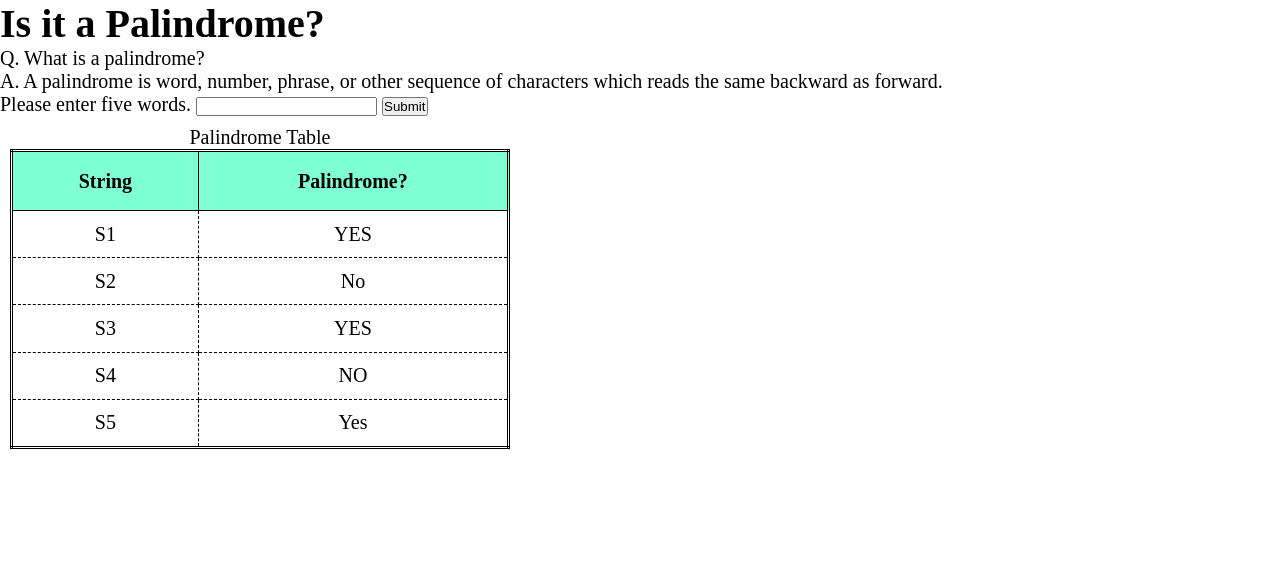
Repository: mlmEFSC21/P18-Palindrome-Table
Page: palindrome.html
These files come from the project's save history. The page is drawn as it stood at one moment and after the next save; the edit follows.
The browser window is 1280 px wide. The pictures show the whole page.

Above is the page before, as saved 2022-04-03 17:43:15.

After the next save:
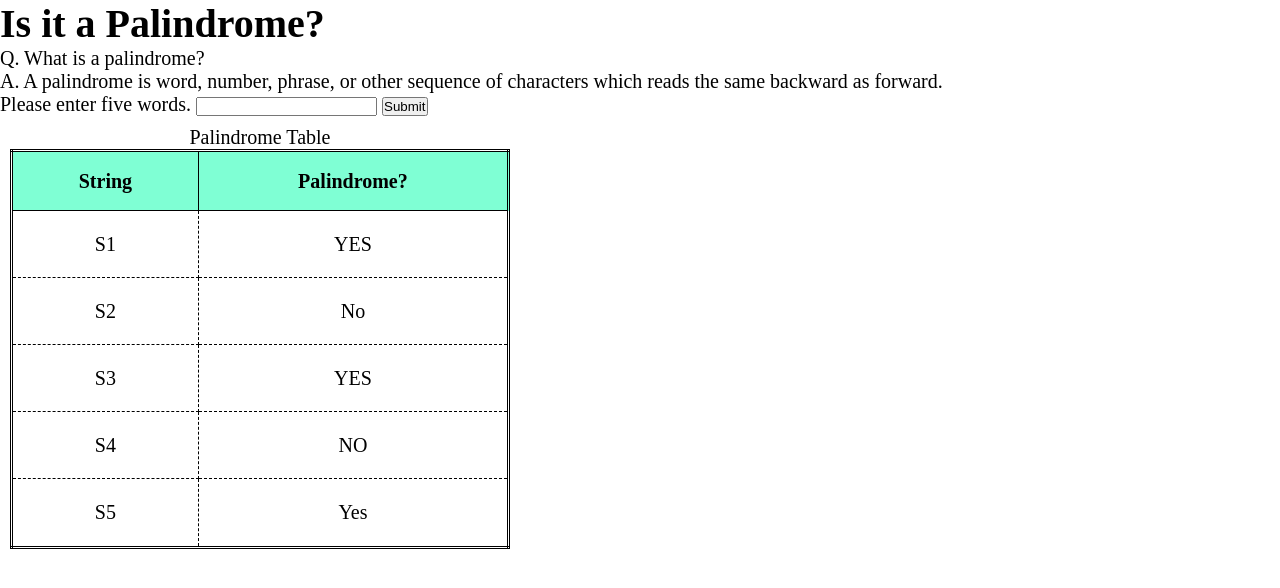
Saved 4 s later.
--- a/palindrome.css
+++ b/palindrome.css
@@ -14,7 +14,7 @@ table {
     margin: 10px;
     padding: 10px;
     width: 500px;
-    height: 300px;
+    height: 400px;
     text-align: center;
 }
 th {
